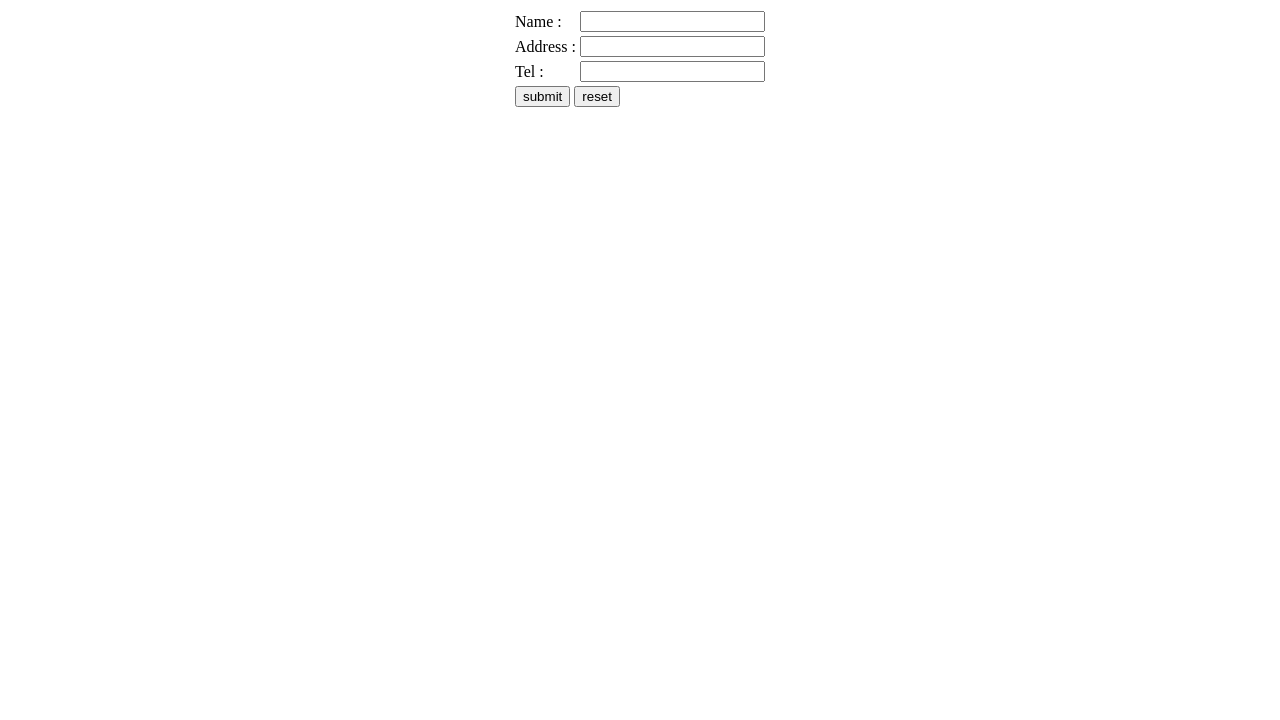
Repository: suzume1203/test
Page: http://localhost/JspProject/TestOS.jsp
These files come from the project's save history. The page is drawn as it stood at one moment and after the next save; the edit follows.
The browser window is 1280 px wide. The pictures show the whole page.
The page is served by Tomcat 10. Nobody is signed in. The application's start-up code is not run. Other server files are loaded and not shown.

Above is the page before, as saved 2023-03-08 05:57:17.

### JspProject/src/main/webapp/TestOS.jsp
<%@ page language="java" contentType="text/html; charset=UTF-8" pageEncoding="UTF-8"%>
<!DOCTYPE html>
<html>
<head>
<meta charset="UTF-8">
<title>Test OS</title>
<style>
table {
	margin: auto;
}
</style>
</head>
<body>
	<form action="xxxServlet" method="get">
		<table>
			<tr>
				<td>Name :</td>
				<td>
					<input type="text" name="userName" value="">
				</td>
			</tr>
			<tr>
				<td>Address :</td>
				<td>
					<input type="text" name="userAddress" value="">
				</td>
			</tr>
			<tr>
				<td>Tel :</td>
				<td>
					<input type="text" name="userTel" value="">
				</td>
			</tr>
			<tr>
				<td colspan="2">
					<input type="submit" value="submit" value="Submit">
					<input type="reset" value="reset" value="Reset">
				</td>
			</tr>
		</table>
	</form>
</body>
</html>

After the next save:
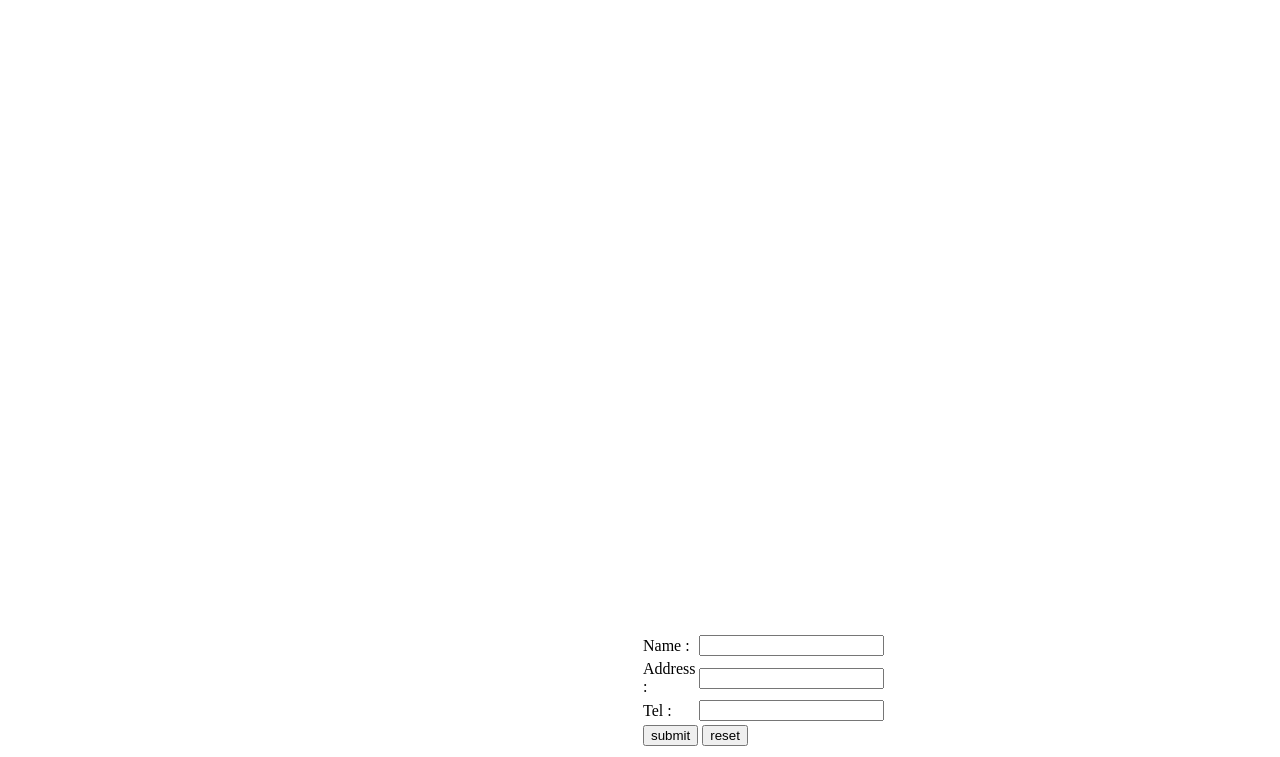
Saved 28 s later.
--- a/JspProject/src/main/webapp/TestOS.jsp
+++ b/JspProject/src/main/webapp/TestOS.jsp
@@ -6,7 +6,8 @@
 <title>Test OS</title>
 <style>
 table {
-	margin: auto;
+	margin: 50% 50% auto;
+
 }
 </style>
 </head>

After the save that followed:
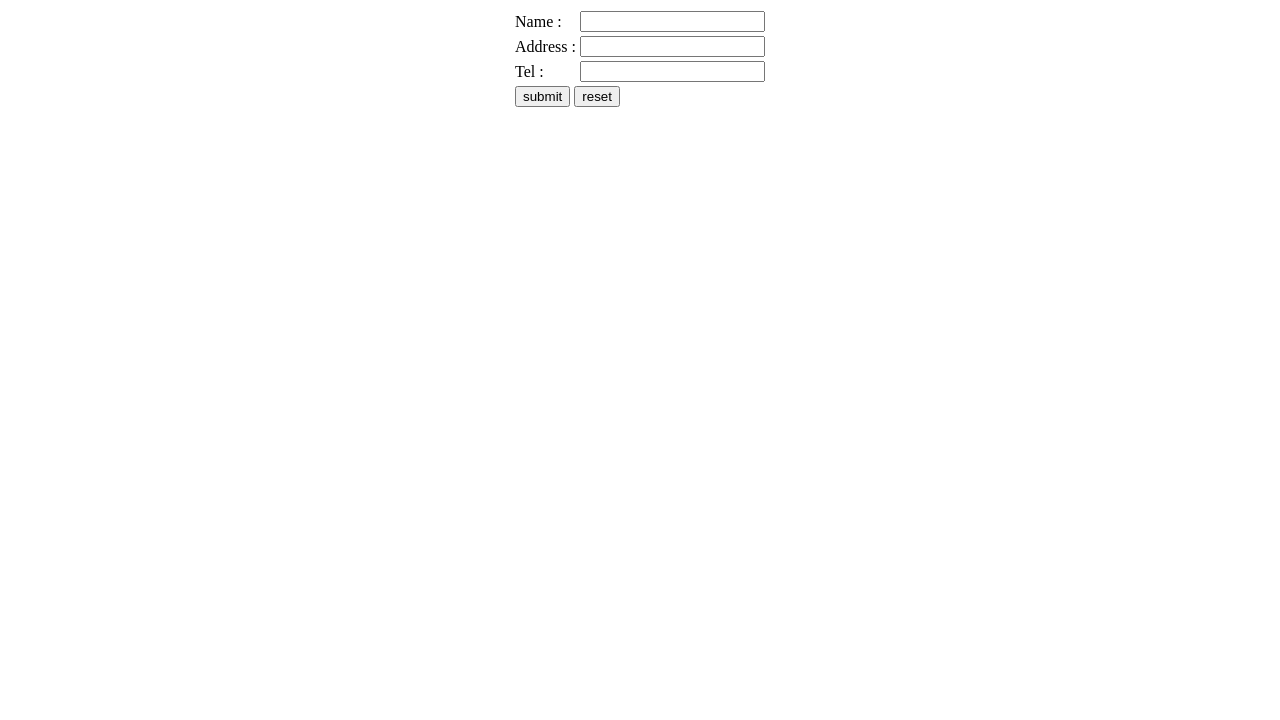
Saved 23 s later.
--- a/JspProject/src/main/webapp/TestOS.jsp
+++ b/JspProject/src/main/webapp/TestOS.jsp
@@ -6,7 +6,7 @@
 <title>Test OS</title>
 <style>
 table {
-	margin: 50% 50% auto;
+	margin: auto auto;
 
 }
 </style>
